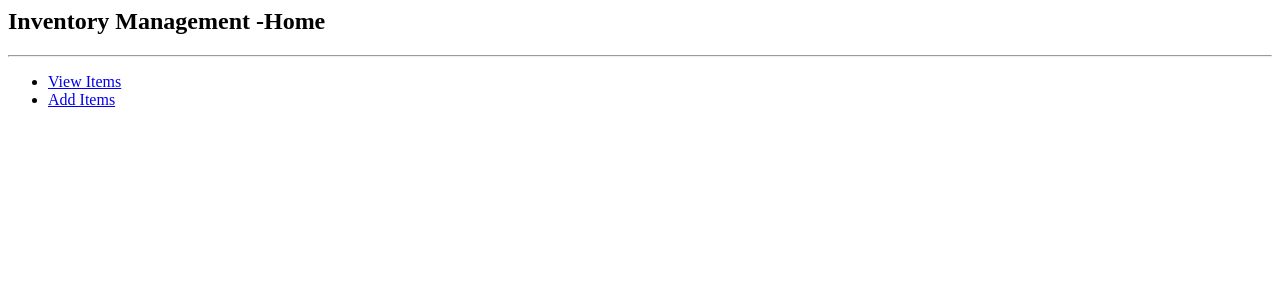
Repository: kirtivardhan121/DXC-Test
Page: http://localhost/LibraryManagementSystem_2.0/
The author's editor kept a copy of each file at every save. The page is drawn from the files as they stood at one save, then again after the next save.
The browser window is 1280 px wide. The pictures show the whole page.
The page is served by Tomcat 9.

Above is the page before, as saved 2020-06-04 15:56:06.

After the next save:
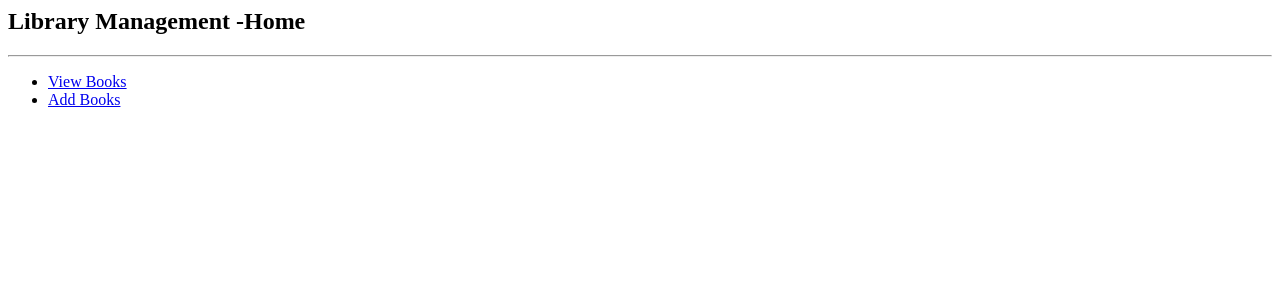
Saved 3 min 54 s later.
--- a/InventoryManagementSystem/LibraryManagementSystem_2.0/WebContent/index.jsp
+++ b/InventoryManagementSystem/LibraryManagementSystem_2.0/WebContent/index.jsp
@@ -1,15 +1,15 @@
 <html>
 <head>
-<title>Inventory Home</title>
+<title>Book Home</title>
 </head>
 <body>
-	<h2>Inventory Management -Home</h2>
+	<h2>Library Management -Home</h2>
 	<hr />
 	<p><strong>${msg }</strong>
 	<nav>
 		<ul>
-			<li><a href="viewItems">View Items</a></li>
-			<li><a href="addItem">Add Items</a></li>
+			<li><a href="viewBooks">View Books</a></li>
+			<li><a href="addBook">Add Books</a></li>
 		</ul>
 	</nav>
 </body>
